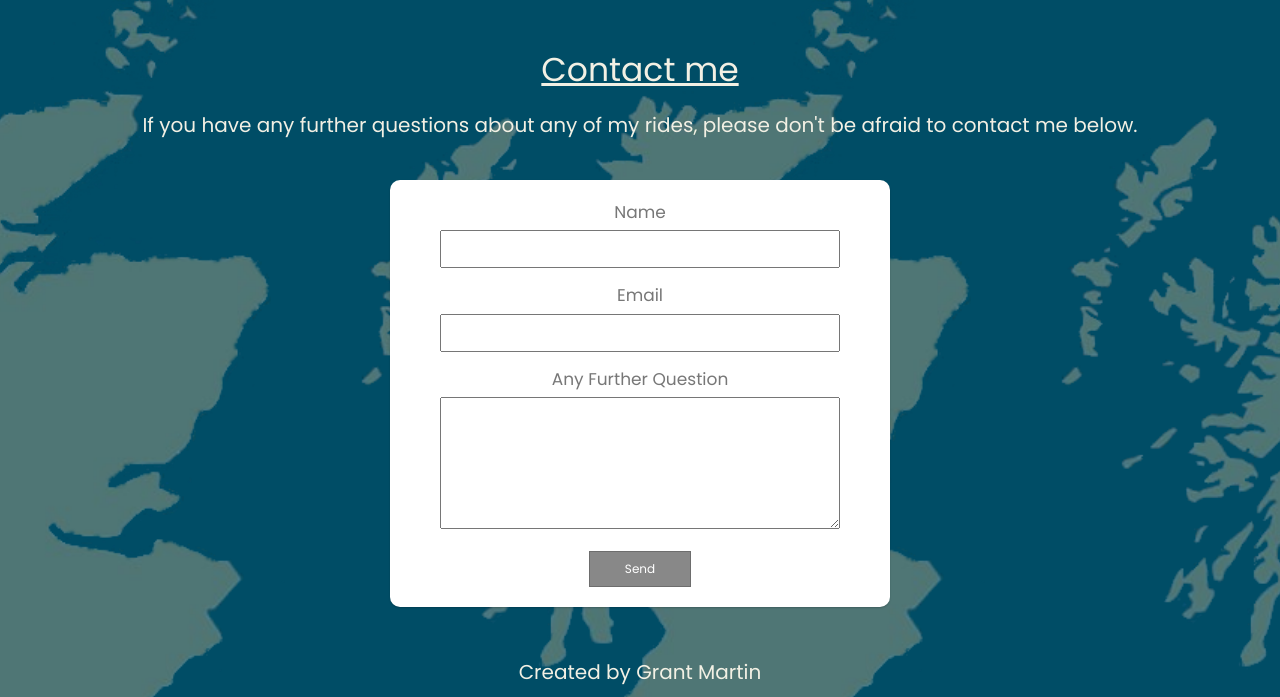
Repository: grantymartin/Bicycle-Scotland
Page: index.html
The author's editor kept a record of every edit. The page is drawn from the files as they stood at one moment, then again after the next edit.
The browser window is 1280 px wide. The pictures show the part of the page from y = 1871 to 2573 px (the page is 2568 px tall before and 2573 px after).
Backgrounds fixed to the window are drawn as part of the page. Some web libraries are served in a nearby version.

Above is the page before.
Console error: ReferenceError: emailjs is not defined

After the next edit:
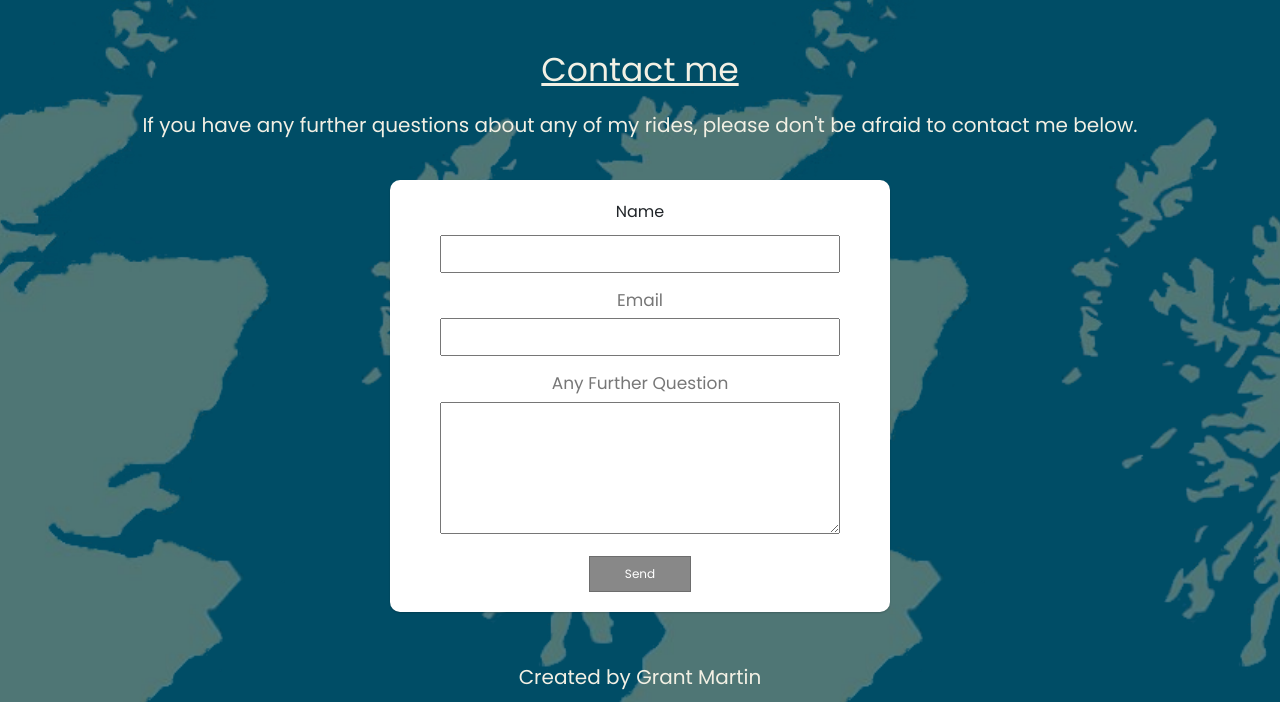
The edit:
--- a/index.html
+++ b/index.html
@@ -131,8 +131,8 @@
             </div>
             <div class="row">
                 <form id="myform" class="form">
-                    <label class="form-label">Name</label>
-                    <input type="text" name="from_name" class="information" required/>
+                    <label class="your_label">Name</label>
+                    <input type="text" name="your_name" class="information" required/>
                     <label class="form-label">Email</label>
                     <input type="text" name="from_email" class="information" required/>
                     <label class="form-label">Any Further Question</label>
